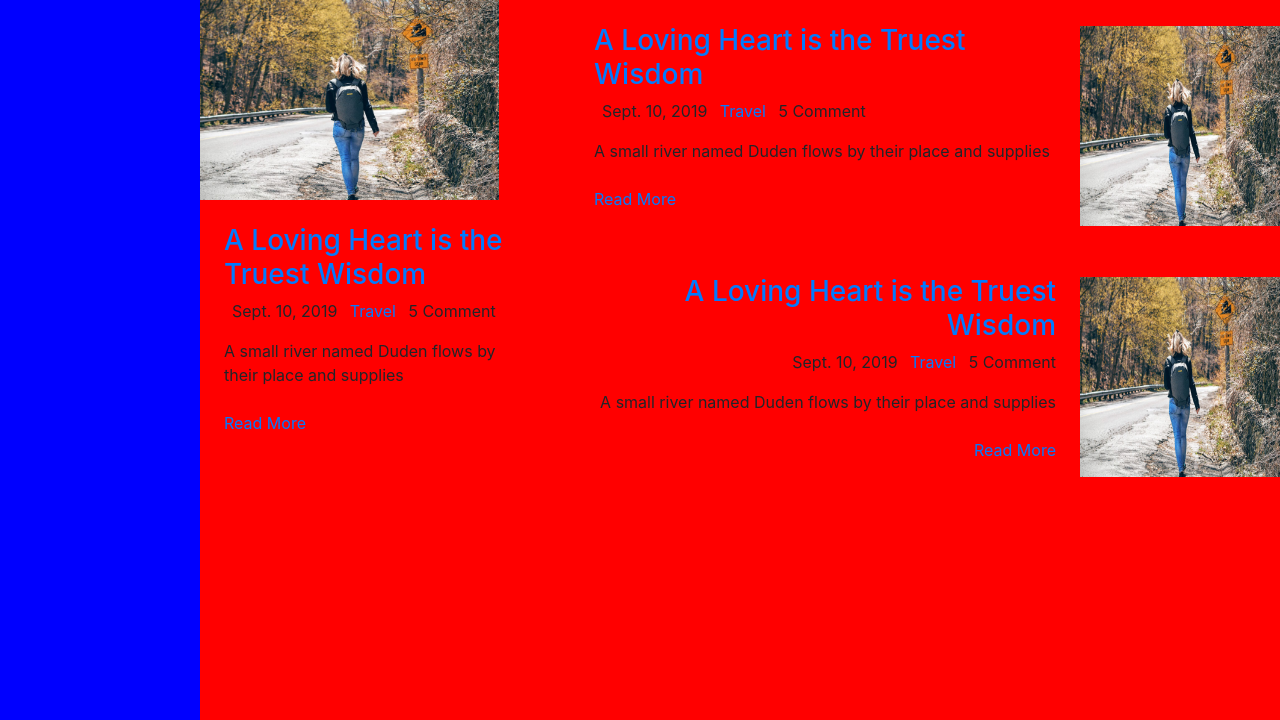
Repository: tts2610/GoogleNews
Page: index.html
The author's editor kept a copy of each file at every save. The page is drawn from the files as they stood at one save, then again after the next save.
The browser window is 1280 px wide. The pictures show the whole page.
The page's requests for data from a server got no answer.

Above is the page before, as saved 2020-05-20 13:42:57.

### index.html
<!DOCTYPE html>
<html lang="en">

<head>
    <meta charset="UTF-8">
    <meta name="viewport" content="width=device-width, initial-scale=1.0">
    <title>Document</title>
    <link rel="stylesheet" href="https://maxcdn.bootstrapcdn.com/bootstrap/4.4.1/css/bootstrap.min.css">

    <!-- jQuery library -->
    <script src="https://ajax.googleapis.com/ajax/libs/jquery/3.5.1/jquery.min.js"></script>

    <!-- Popper JS -->
    <script src="https://cdnjs.cloudflare.com/ajax/libs/popper.js/1.16.0/umd/popper.min.js"></script>

    <!-- Latest compiled JavaScript -->
    <script src="https://maxcdn.bootstrapcdn.com/bootstrap/4.4.1/js/bootstrap.min.js"></script>
    <link rel="stylesheet" href="css/style.css">
</head>

<body>
    <div class="myContainer">
        <div class="sidenav"></div>
        <div class="content">
            <div class="row">
                <div class="col-4 d-flex">
                    <div class="blog-entry">
                        <div>
                            <img id="news-left-img" src="img/image_8.jpg" width="200" height="200">
                        </div>


                        <div class="text p-4">
                            <h3 class="mb-2"><a href="single.html">A Loving Heart is the Truest Wisdom</a></h3>
                            <div class="meta-wrap">
                                <p class="meta">
                                    <span><i class="icon-calendar mr-2"></i>Sept. 10, 2019</span>
                                    <span><a href="single.html"><i class="icon-folder-o mr-2"></i>Travel</a></span>
                                    <span><i class="icon-comment2 mr-2"></i>5 Comment</span>
                                </p>
                            </div>
                            <p class="mb-4">A small river named Duden flows by their place and supplies</p>
                            <p><a href="#" class="btn-custom">Read More <span class="ion-ios-arrow-forward"></span></a></p>
                        </div>
                    </div>
                </div>
                <div class="col-8 d-flex">
                    <div class="row">
                        <div class="col-md-12">
                            <div class="blog-entry ftco-animate d-md-flex align-items-center">
                                <div class="text text-2 p-4">
                                    <h3 class="mb-2"><a href="single.html">A Loving Heart is the Truest Wisdom</a></h3>
                                    <div class="meta-wrap">
                                        <p class="meta">
                                            <span><i class="icon-calendar mr-2"></i>Sept. 10, 2019</span>
                                            <span><a href="single.html"><i class="icon-folder-o mr-2"></i>Travel</a></span>
                                            <span><i class="icon-comment2 mr-2"></i>5 Comment</span>
                                        </p>
                                    </div>
                                    <p class="mb-4">A small river named Duden flows by their place and supplies</p>
                                    <p><a href="#" class="btn-custom">Read More <span class="ion-ios-arrow-forward"></span></a></p>
                                </div>
                                <div class="news-img"><img src="img/image_8.jpg" width="200" height="200"></div>
                            </div>
                        </div>
                        <div class="col-md-12">
                            <div class="blog-entry ftco-animate d-md-flex align-items-center">
                                <div class="text text-2 text-md-right p-4">
                                    <h3 class="mb-2"><a href="single.html">A Loving Heart is the Truest Wisdom</a></h3>
                                    <div class="meta-wrap">
                                        <p class="meta">
                                            <span><i class="icon-calendar mr-2"></i>Sept. 10, 2019</span>
                                            <span><a href="single.html"><i class="icon-folder-o mr-2"></i>Travel</a></span>
                                            <span><i class="icon-comment2 mr-2"></i>5 Comment</span>
                                        </p>
                                    </div>
                                    <p class="mb-4">A small river named Duden flows by their place and supplies</p>
                                    <p><a href="#" class="btn-custom">Read More <span class="ion-ios-arrow-forward"></span></a></p>
                                </div>
                                <div class="news-img"><img src="img/image_8.jpg" width="200" height="200"></div>
                            </div>
                        </div>
                    </div>
                </div>
            </div>


        </div>
    </div>

    <script src="js/script.js"></script>
</body>

</html>

### css/style.css
body {
    margin: 0
}

.myContainer {
    display: flex;
    justify-content: start;
}

.sidenav {
    height: 100vh;
    width: 200px;
    float: left;
    position: relative;
    background-color: blue;
}

.content {
    height: 100vh;
    width: calc(100% - 200px);
    float: right;
    position: relative;
    background-color: red;
    overflow-y: scroll;
}

#news-left-img {
    width: fit-content;
}

### js/script.js
let newsList = [];
const apiKey = "2dc86bcdc7184b17b45b74b30858f75a"
const loadNews = async() => {
    let url = `https://newsapi.org/v2/top-headlines?country=us&apiKey=${apiKey}`;
    let data = await fetch(url);
    let result = await data.json();

    console.log("what we get here", result);
}

loadNews();

After the next save:
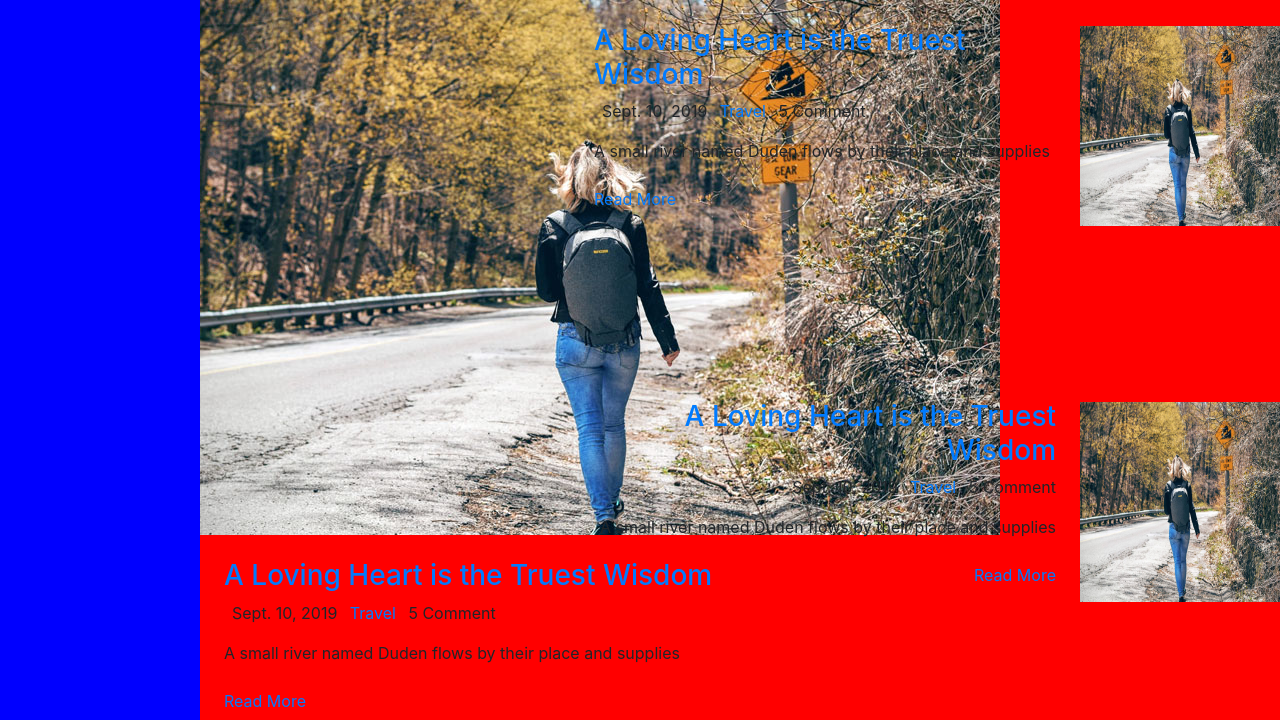
Saved 22 s later.
--- a/index.html
+++ b/index.html
@@ -26,7 +26,7 @@
                 <div class="col-4 d-flex">
                     <div class="blog-entry">
                         <div>
-                            <img id="news-left-img" src="img/image_8.jpg" width="200" height="200">
+                            <img id="news-left-img" src="img/image_8.jpg">
                         </div>
 
 
